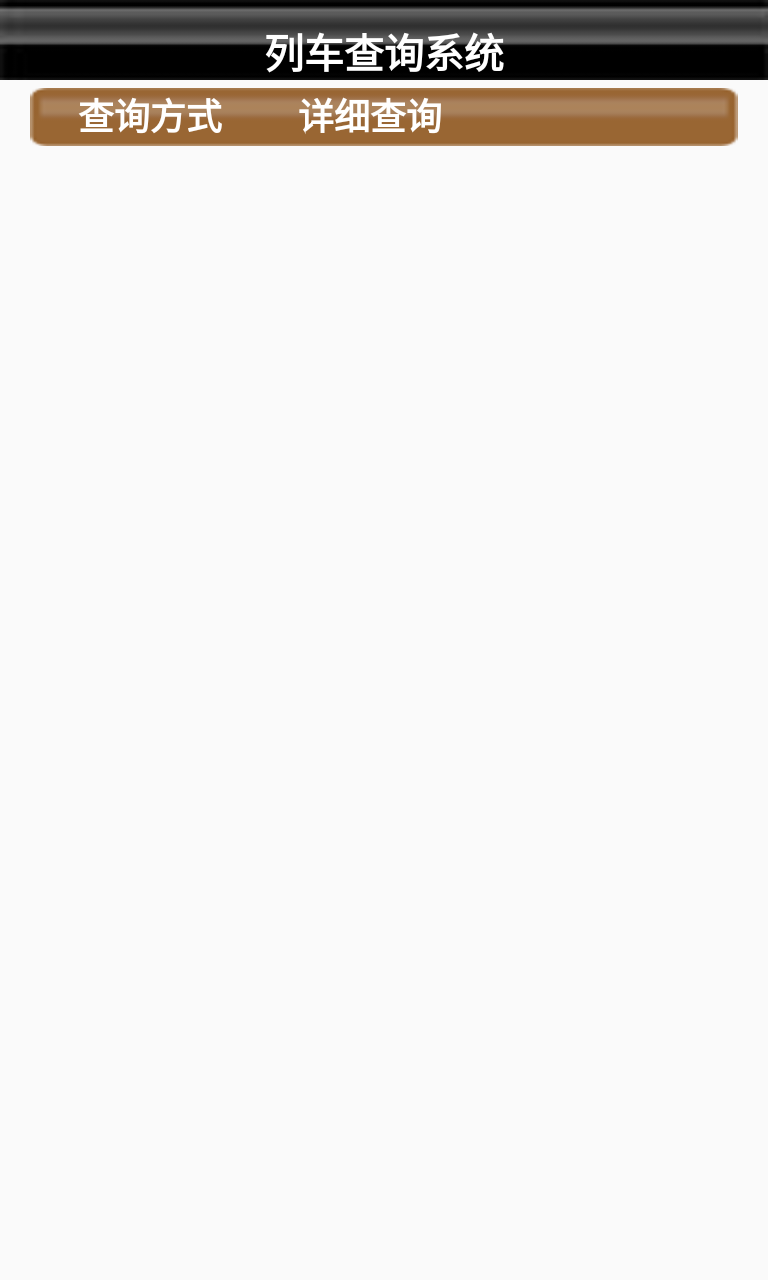
Repository: gogolaile/CoolWeather
Layout: Train_Qurey/res/layout/activity_main.xml
These files come from the project's save history. The layout is drawn as it stood at one moment and after the next save; the edit follows.
It is drawn on a 768 x 1280 px phone screen (xhdpi) without system bars, with theme AppTheme; the app's code is not run.

Above is the layout before, as saved 2015-11-28 07:23:00.

### Train_Qurey/res/layout/activity_main.xml
<LinearLayout xmlns:android="http://schemas.android.com/apk/res/android"
    android:layout_width="match_parent"
    android:layout_height="match_parent"
    android:orientation="vertical" >

    <FrameLayout
     android:layout_width="match_parent"
     android:layout_height="40dp"
     android:background="@drawable/title">
<TextView
    android:layout_width="match_parent"
    android:layout_height="match_parent"
    android:text = "@string/the_main_title"
    android:gravity="center_horizontal|bottom"
    android:textSize="20sp"
    android:textColor="#FFFFFF"
    android:textStyle="bold"/>
</FrameLayout>
<LinearLayout
    android:layout_width="match_parent"
    android:layout_height="wrap_content"
    android:background="@drawable/navigator"
    android:layout_marginLeft="15dip"
    android:layout_marginRight="15dip"
    android:layout_marginTop="4dip"
    android:layout_marginBottom="4dip"
    android:orientation="horizontal">
   <TextView
       android:layout_width="100dip"
       android:layout_height="wrap_content"
       android:text="@string/the_query_way"
       android:textSize="18sp"
       android:textStyle="bold"
       android:textColor="#FFFFFF"
       android:gravity="center"
       android:layout_marginLeft="10dip"/>
   <TextView
       android:layout_width="100dip"
       android:layout_height="wrap_content"
       android:text="@string/detailed_query"
       android:textSize="18sp"
       android:textStyle="bold"
       android:textColor="#FFFFFF"
       android:gravity="center"
       android:layout_marginLeft="10dip"/>
</LinearLayout>

</LinearLayout>

### Train_Qurey/res/values/strings.xml
<?xml version="1.0" encoding="utf-8"?>
<resources>

    <string name="app_name">Train_Qurey</string>
    <string name="the_title">the title</string>
    <string name="the_main_title">列车查询系统</string>
    <string name="the_query_way">查询方式</string>
    <string name="detailed_query">详细查询</string>
</resources>

Loaded but not shown: Train_Qurey/res/values/styles.xml (common file); Train_Qurey/res/values-v11/styles.xml (common file); Train_Qurey/res/values-v14/styles.xml (common file)

After the next save:
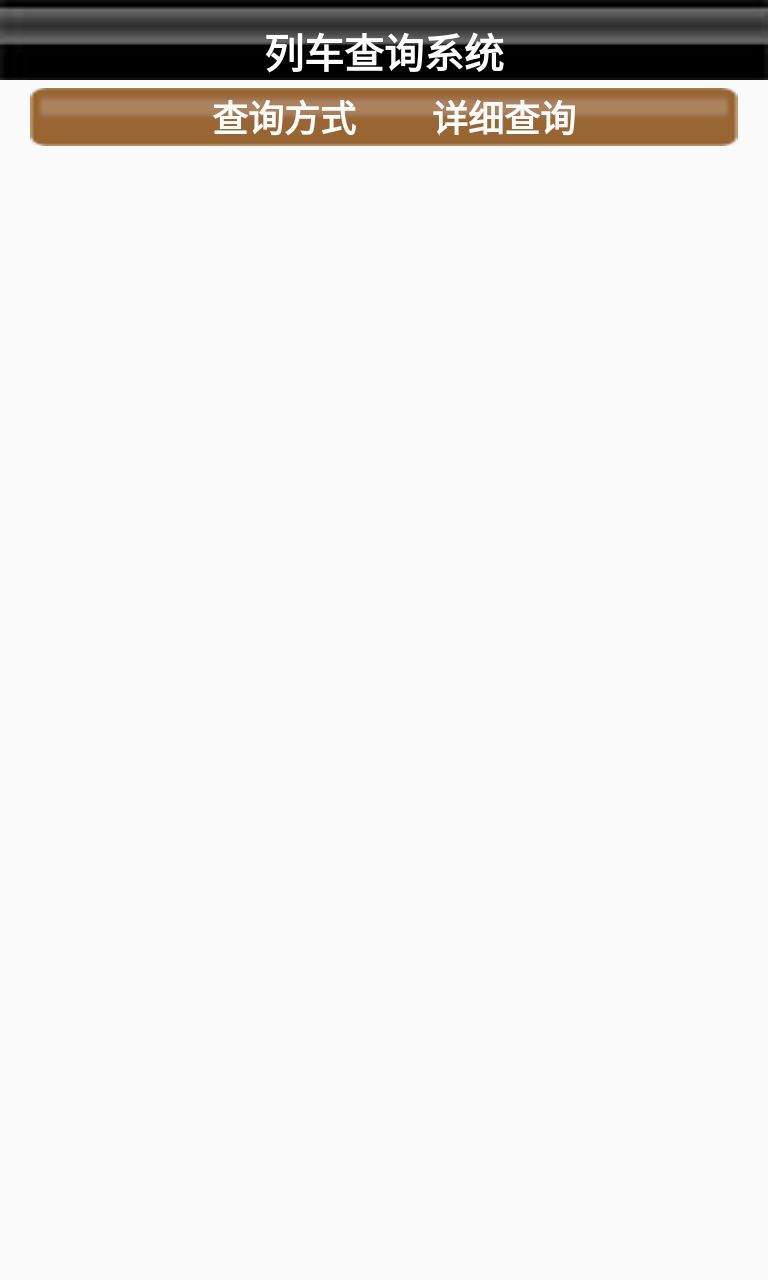
Saved 80 s later.
--- a/Train_Qurey/res/layout/activity_main.xml
+++ b/Train_Qurey/res/layout/activity_main.xml
@@ -24,7 +24,8 @@
     android:layout_marginRight="15dip"
     android:layout_marginTop="4dip"
     android:layout_marginBottom="4dip"
-    android:orientation="horizontal">
+    android:orientation="horizontal"
+    android:gravity="center">
    <TextView
        android:layout_width="100dip"
        android:layout_height="wrap_content"
